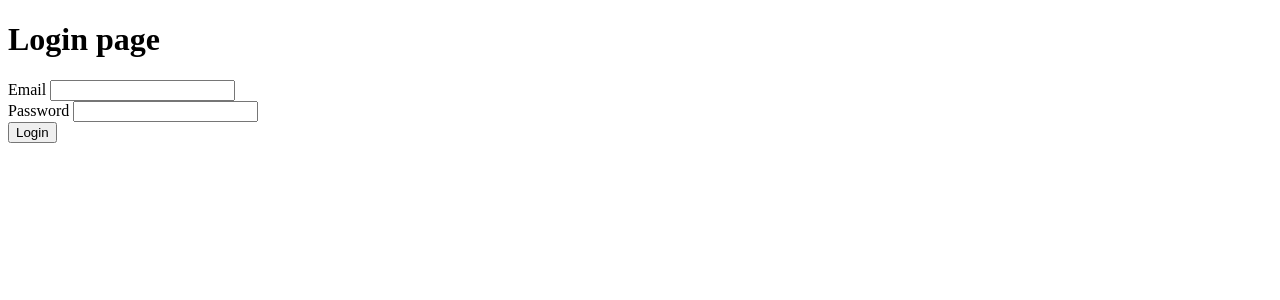
Repository: NagepalliHaasan21/MyProjects
Page: eclipse-workspace/com.SecondJEEPrgm/src/main/webapp/login.html
The author's editor kept a copy of each file at every save. The page is drawn from the files as they stood at one save, then again after the next save.
The browser window is 1280 px wide. The pictures show the whole page.

Above is the page before, as saved 2024-11-28 12:24:46.

After the next save:
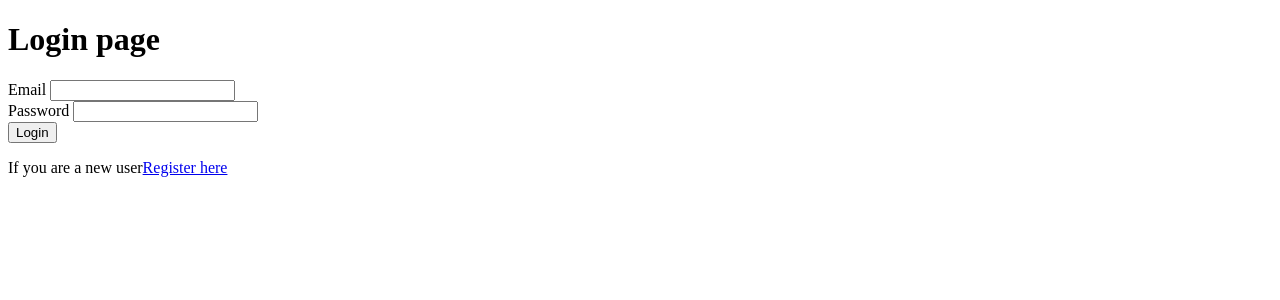
Saved 2 min 1 s later.
--- a/eclipse-workspace/com.SecondJEEPrgm/src/main/webapp/login.html
+++ b/eclipse-workspace/com.SecondJEEPrgm/src/main/webapp/login.html
@@ -11,5 +11,6 @@
 		Password <input type="password" name="password"></br>
 		<input type="submit" value="Login"></br>
 	</form>
+	<p>If you are a new user<a href="index.html">Register here</a></p>
 </body>
 </html>
